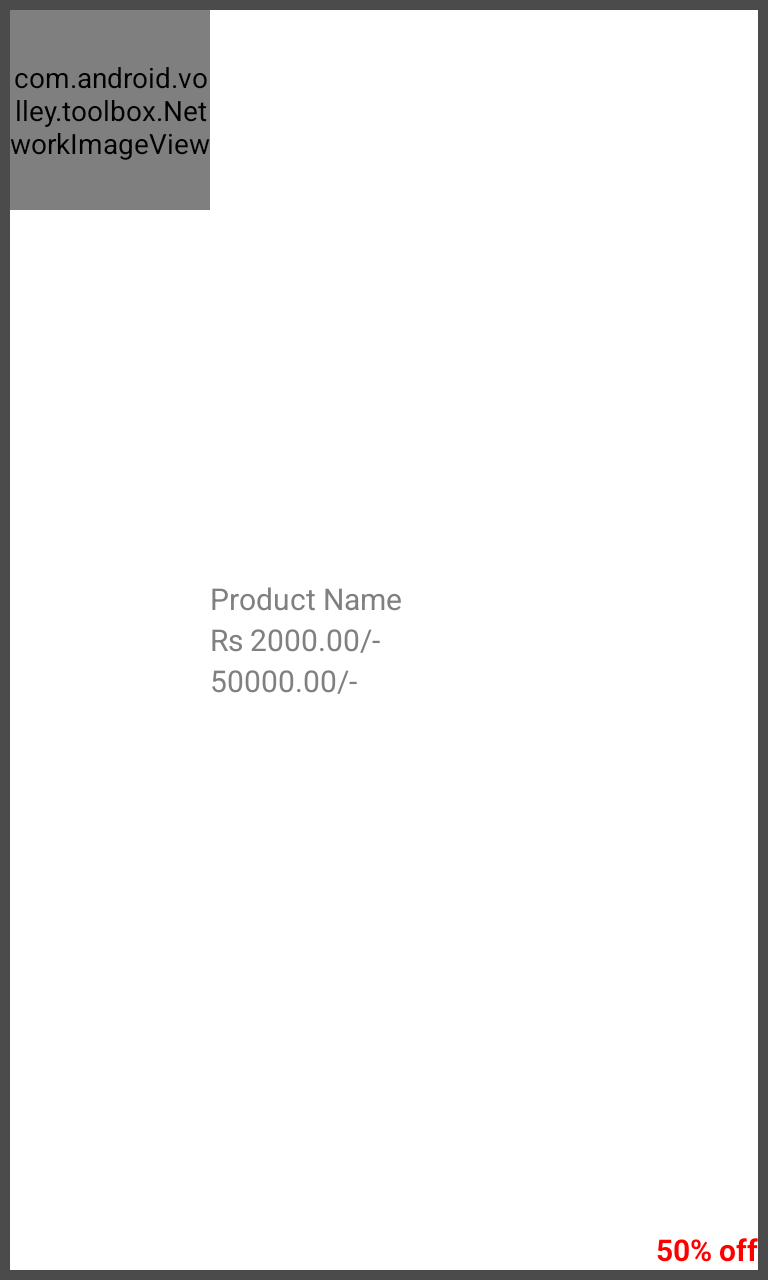
Repository: thisisdemo333/BigDiscount
Layout: BigDiscounts/res/layout/view_lv_search_list.xml
The author's editor kept a copy of each file at every save. The layout is drawn from the files as they stood at one save, then again after the next save.
Pictures or frames that could not be fetched are drawn as grey boxes. It is drawn on a 768 x 1280 px phone screen (xhdpi) without system bars, with theme AppTheme; the app's code is not run.

Above is the layout before, as saved 2015-05-10 16:37:34.

### BigDiscounts/res/layout/view_lv_search_list.xml
<?xml version="1.0" encoding="utf-8"?>
<LinearLayout xmlns:android="http://schemas.android.com/apk/res/android"
    android:layout_width="match_parent"
    android:layout_height="wrap_content"
    android:background="@color/gray_dark"
    android:orientation="vertical"
    android:padding="@dimen/padding_5dp" >

    <RelativeLayout
        android:id="@+id/relativeLayout"
        android:layout_width="match_parent"
        android:layout_height="wrap_content"
        android:layout_centerVertical="true"
        android:background="@color/white" >

        <RelativeLayout
            android:id="@+id/image_loader"
            android:layout_width="wrap_content"
            android:layout_height="wrap_content" >

            <ProgressBar
                android:layout_width="wrap_content"
                android:layout_height="wrap_content"
                android:layout_centerInParent="true" />

            <com.android.volley.toolbox.NetworkImageView
                android:id="@+id/iv_product_image"
                android:layout_width="@dimen/dimen_search_item_image"
                android:layout_height="@dimen/dimen_search_item_image"
                android:layout_alignParentLeft="true"
                android:layout_alignParentTop="true"
                android:focusable="false"
                android:focusableInTouchMode="false"
                android:scaleType="fitXY" />
        </RelativeLayout>

        <LinearLayout
            android:layout_width="wrap_content"
            android:layout_height="wrap_content"
            android:layout_centerVertical="true"
            android:layout_toRightOf="@+id/image_loader"
            android:orientation="vertical" >

            <TextView
                android:id="@+id/tv_product_name"
                android:layout_width="wrap_content"
                android:layout_height="wrap_content"
                android:layout_centerVertical="true"
                android:text="Product Name"
                android:textColor="@color/gray"
                android:textSize="@dimen/medium_text_size" />

            <TextView
                android:id="@+id/tv_product_selling_prise"
                android:layout_width="wrap_content"
                android:layout_height="wrap_content"
                android:text="Rs 2000.00/-"
                android:textColor="@color/gray"
                android:textSize="@dimen/medium_text_size" />

            <TextView
                android:id="@+id/tv_product_mrp"
                android:layout_width="wrap_content"
                android:layout_height="wrap_content"
                android:text="50000.00/-"
                android:textColor="@color/gray"
                android:textSize="@dimen/medium_text_size" />
        </LinearLayout>

        <TextView
            android:id="@+id/tv_product_offer"
            android:layout_width="wrap_content"
            android:layout_height="wrap_content"
            android:layout_alignParentBottom="true"
            android:layout_alignParentRight="true"
            android:text="50% off"
            android:textColor="@color/red"
            android:textSize="@dimen/medium_text_size"
            android:textStyle="bold" />
    </RelativeLayout>

</LinearLayout>

### BigDiscounts/res/values/styles.xml
<resources xmlns:android="http://schemas.android.com/apk/res/android">

    <!--
        Base application theme, dependent on API level. This theme is replaced
        by AppBaseTheme from res/values-vXX/styles.xml on newer devices.


    -->
    <style name="AppBaseTheme" parent="android:Theme.Light">
        <!--
            Theme customizations available in newer API levels can go in
            res/values-vXX/styles.xml, while customizations related to
            backward-compatibility can go here.


        -->
    </style>

    <!-- Application theme. -->
    <style name="AppTheme" parent="AppBaseTheme">

        <!-- All customizations that are NOT specific to a particular API-level can go here. -->
        <item name="android:actionBarStyle">@style/MyActionBar</item>
    </style>

    <!-- Action bar theme. -->
    <style name="MyActionBar" parent="@android:style/Widget.Holo.Light.ActionBar">
        <item name="android:background">@color/RoyalBlue</item>
        <item name="android:titleTextStyle">@style/AppTitle</item>
    </style>

    <!-- App title theme -->
    <style name="AppTitle" parent="@android:style/TextAppearance.Holo.Widget.ActionBar.Title">
        <item name="android:textColor">@color/white</item>
    </style>

</resources>

### BigDiscounts/res/values/colors.xml
<?xml version="1.0" encoding="utf-8"?>
<resources>

    <color name="background">#135493</color>
    <color name="login_color">#d34836</color>
    <color name="actionBar">#2F8DE4</color>
    <color name="white_smoke">#F7F7F7</color>
    <color name="white">#ffffff</color>
    <color name="black">#000000</color>
    <color name="transparent">#00000000</color>
    <color name="main_color_green">#00b863</color>
    <color name="main_color_gray_dk">#3b3b3b</color>
    <color name="main_color_gray_lt">#acacac</color>
    <color name="main_color_gray">#7d7d7d</color>
    <color name="gray_light">#e8e8e8</color>
    <color name="yellow">#FFFF00</color>
    <color name="fuchsia">#FF00FF</color>
    <color name="red">#FF0000</color>
    <color name="silver">#C0C0C0</color>
    <color name="gray">#808080</color>
    <color name="olive">#808000</color>
    <color name="purple">#800080</color>
    <color name="maroon">#800000</color>
    <color name="aqua">#00FFFF</color>
    <color name="lime">#00FF00</color>
    <color name="teal">#008080</color>
    <color name="green">#008000</color>
    <color name="blue">#0000FF</color>
    <color name="navy">#000080</color>
    <color name="White">#FFFFFF</color>
    <color name="Ivory">#FFFFF0</color>
    <color name="LightYellow">#FFFFE0</color>
    <color name="Yellow">#FFFF00</color>
    <color name="Snow">#FFFAFA</color>
    <color name="FloralWhite">#FFFAF0</color>
    <color name="LemonChiffon">#FFFACD</color>
    <color name="Cornsilk">#FFF8DC</color>
    <color name="Seashell">#FFF5EE</color>
    <color name="LavenderBlush">#FFF0F5</color>
    <color name="PapayaWhip">#FFEFD5</color>
    <color name="BlanchedAlmond">#FFEBCD</color>
    <color name="MistyRose">#FFE4E1</color>
    <color name="Bisque">#FFE4C4</color>
    <color name="Moccasin">#FFE4B5</color>
    <color name="NavajoWhite">#FFDEAD</color>
    <color name="PeachPuff">#FFDAB9</color>
    <color name="Gold">#FFD700</color>
    <color name="Pink">#FFC0CB</color>
    <color name="LightPink">#FFB6C1</color>
    <color name="Orange">#FFA500</color>
    <color name="LightSalmon">#FFA07A</color>
    <color name="DarkOrange">#FF8C00</color>
    <color name="Coral">#FF7F50</color>
    <color name="HotPink">#FF69B4</color>
    <color name="Tomato">#FF6347</color>
    <color name="OrangeRed">#FF4500</color>
    <color name="DeepPink">#FF1493</color>
    <color name="Fuchsia">#FF00FF</color>
    <color name="Magenta">#FF00FF</color>
    <color name="Red">#FF0000</color>
    <color name="OldLace">#FDF5E6</color>
    <color name="LightGoldenrodYellow">#FAFAD2</color>
    <color name="Linen">#FAF0E6</color>
    <color name="AntiqueWhite">#FAEBD7</color>
    <color name="Salmon">#FA8072</color>
    <color name="GhostWhite">#F8F8FF</color>
    <color name="MintCream">#F5FFFA</color>
    <color name="WhiteSmoke">#F5F5F5</color>
    <color name="Beige">#F5F5DC</color>
    <color name="Wheat">#F5DEB3</color>
    <color name="SandyBrown">#F4A460</color>
    <color name="Azure">#F0FFFF</color>
    <color name="Honeydew">#F0FFF0</color>
    <color name="AliceBlue">#F0F8FF</color>
    <color name="Khaki">#F0E68C</color>
    <color name="LightCoral">#F08080</color>
    <color name="PaleGoldenrod">#EEE8AA</color>
    <color name="Violet">#EE82EE</color>
    <color name="DarkSalmon">#E9967A</color>
    <color name="Lavender">#E6E6FA</color>
    <color name="LightCyan">#E0FFFF</color>
    <color name="BurlyWood">#DEB887</color>
    <color name="Plum">#DDA0DD</color>
    <color name="Gainsboro">#DCDCDC</color>
    <color name="Crimson">#DC143C</color>
    <color name="PaleVioletRed">#DB7093</color>
    <color name="Goldenrod">#DAA520</color>
    <color name="Orchid">#DA70D6</color>
    <color name="Thistle">#D8BFD8</color>
    <color name="LightGrey">#D3D3D3</color>
    <color name="Tan">#D2B48C</color>
    <color name="Chocolate">#D2691E</color>
    <color name="Peru">#CD853F</color>
    <color name="IndianRed">#CD5C5C</color>
    <color name="MediumVioletRed">#C71585</color>
    <color name="Silver">#C0C0C0</color>
    <color name="DarkKhaki">#BDB76B</color>
    <color name="RosyBrown">#BC8F8F</color>
    <color name="MediumOrchid">#BA55D3</color>
    <color name="DarkGoldenrod">#B8860B</color>
    <color name="FireBrick">#B22222</color>
    <color name="PowderBlue">#B0E0E6</color>
    <color name="LightSteelBlue">#B0C4DE</color>
    <color name="PaleTurquoise">#AFEEEE</color>
    <color name="GreenYellow">#ADFF2F</color>
    <color name="LightBlue">#ADD8E6</color>
    <color name="DarkGray">#A9A9A9</color>
    <color name="Brown">#A52A2A</color>
    <color name="Sienna">#A0522D</color>
    <color name="YellowGreen">#9ACD32</color>
    <color name="DarkOrchid">#9932CC</color>
    <color name="PaleGreen">#98FB98</color>
    <color name="DarkViolet">#9400D3</color>
    <color name="MediumPurple">#9370DB</color>
    <color name="LightGreen">#90EE90</color>
    <color name="DarkSeaGreen">#8FBC8F</color>
    <color name="SaddleBrown">#8B4513</color>
    <color name="DarkMagenta">#8B008B</color>
    <color name="DarkRed">#8B0000</color>
    <color name="BlueViolet">#8A2BE2</color>
    <color name="LightSkyBlue">#87CEFA</color>
    <color name="SkyBlue">#87CEEB</color>
    <color name="Gray">#808080</color>
    <color name="Olive">#808000</color>
    <color name="Purple">#800080</color>
    <color name="Maroon">#800000</color>
    <color name="Aquamarine">#7FFFD4</color>
    <color name="Chartreuse">#7FFF00</color>
    <color name="LawnGreen">#7CFC00</color>
    <color name="MediumSlateBlue">#7B68EE</color>
    <color name="LightSlateGray">#778899</color>
    <color name="SlateGray">#708090</color>
    <color name="OliveDrab">#6B8E23</color>
    <color name="SlateBlue">#6A5ACD</color>
    <color name="DimGray">#696969</color>
    <color name="MediumAquamarine">#66CDAA</color>
    <color name="CornflowerBlue">#6495ED</color>
    <color name="CadetBlue">#5F9EA0</color>
    <color name="DarkOliveGreen">#556B2F</color>
    <color name="Indigo">#4B0082</color>
    <color name="MediumTurquoise">#48D1CC</color>
    <color name="DarkSlateBlue">#483D8B</color>
    <color name="SteelBlue">#4682B4</color>
    <color name="RoyalBlue">#4169E1</color>
    <color name="Turquoise">#40E0D0</color>
    <color name="MediumSeaGreen">#3CB371</color>
    <color name="LimeGreen">#32CD32</color>
    <color name="DarkSlateGray">#2F4F4F</color>
    <color name="SeaGreen">#2E8B57</color>
    <color name="ForestGreen">#228B22</color>
    <color name="LightSeaGreen">#20B2AA</color>
    <color name="DodgerBlue">#1E90FF</color>
    <color name="MidnightBlue">#191970</color>
    <color name="Aqua">#00FFFF</color>
    <color name="Cyan">#00FFFF</color>
    <color name="SpringGreen">#00FF7F</color>
    <color name="Lime">#00FF00</color>
    <color name="MediumSpringGreen">#00FA9A</color>
    <color name="DarkTurquoise">#00CED1</color>
    <color name="DeepSkyBlue">#00BFFF</color>
    <color name="DarkCyan">#008B8B</color>
    <color name="Teal">#008080</color>
    <color name="Green">#008000</color>
    <color name="DarkGreen">#006400</color>
    <color name="Blue">#0000FF</color>
    <color name="MediumBlue">#0000CD</color>
    <color name="DarkBlue">#00008B</color>
    <color name="Navy">#000080</color>
    <color name="Black">#000000</color>
    <color name="carrier_launcher_theme">#AE0000</color>
    <color name="career_header">#AE0000</color>
    <color name="career_background">#373737</color>
    <color name="cancel">#8A8D8B</color>
    <color name="listview_1">#70000000</color>
    <color name="theme">#C91870</color>
    <color name="application_bg">#E9E9E9</color>
    <color name="blue_light">#4074b3</color>
    <color name="gray_dark">#4b4b4b</color>
    <color name="gray_faint">#F7F7F7</color>
    <color name="blue_sky">#01AADE</color>
    <color name="blue_royal">#526DAE</color>
    <color name="Transperent_60black">#99000000</color>

</resources>

### BigDiscounts/res/values-hdpi/dimens.xml
<?xml version="1.0" encoding="utf-8"?>
<resources>

    <!-- Text Size -->
    <dimen name="very_small_text_size">8sp</dimen>
    <dimen name="sub_small_text_size">9sp</dimen>
    <dimen name="small_text_size">10sp</dimen>
    <dimen name="medium_text_size">15sp</dimen>
    <dimen name="large_text_size">25sp</dimen>
    <dimen name="very_large_text_size">35sp</dimen>

    <!-- padding -->
    <dimen name="padding_1dp">1dp</dimen>
    <dimen name="padding_2dp">2dp</dimen>
    <dimen name="padding_3dp">3dp</dimen>
    <dimen name="padding_4dp">4dp</dimen>
    <dimen name="padding_5dp">5dp</dimen>
    <dimen name="padding_6dp">6dp</dimen>
    <dimen name="padding_7dp">7dp</dimen>
    <dimen name="padding_8dp">8dp</dimen>
    <dimen name="padding_9dp">9dp</dimen>
    <dimen name="padding_10dp">10dp</dimen>
    <dimen name="padding_15dp">15dp</dimen>
    <dimen name="padding_20dp">20dp</dimen>
    <dimen name="padding_25dp">25dp</dimen>
    <dimen name="padding_30dp">30dp</dimen>
    <dimen name="padding_40dp">40dp</dimen>

    <!-- Margin -->
    <dimen name="margin_1dp">1dp</dimen>
    <dimen name="margin_2dp">2dp</dimen>
    <dimen name="margin_3dp">3dp</dimen>
    <dimen name="margin_4dp">4dp</dimen>
    <dimen name="margin_5dp">5dp</dimen>
    <dimen name="margin_6dp">6dp</dimen>
    <dimen name="margin_7dp">7dp</dimen>
    <dimen name="margin_8dp">8dp</dimen>
    <dimen name="margin_9dp">9dp</dimen>
    <dimen name="margin_10dp">10dp</dimen>
    <dimen name="margin_15dp">15dp</dimen>
    <dimen name="margin_20dp">20dp</dimen>
    <dimen name="margin_25dp">25dp</dimen>
    <dimen name="margin_30dp">30dp</dimen>

    <!-- Imageview Category Dimen -->
    <dimen name="imv_category_dimen">40dp</dimen>

    <!-- Category Fragment dimen -->
    <dimen name="dimen_hotdeals_listview">165dp</dimen>
    <dimen name="dimen_view_pager">165dp</dimen>
    <dimen name="dimen_hot_deals_image">165dp</dimen>
    <dimen name="dimen_product_image">165dp</dimen>

    <!-- Search Item Image dimen -->
    <dimen name="dimen_search_item_image">100dp</dimen>

    <!-- Advertise Screen Dimen -->
    <dimen name="dimen_advetise_viewpager">200dp</dimen>
    <dimen name="dimen_advertise_horizontal_listview">100dp</dimen>
    <dimen name="dimen_advertise_call_image">40dp</dimen>
    <dimen name="dimen_advertise_sms_image">40dp</dimen>
    <dimen name="dimen_advertise_pager_addres">100dp</dimen>

</resources>

### BigDiscounts/res/values-mdpi/dimens.xml
<?xml version="1.0" encoding="utf-8"?>
<resources>

    <!-- Text Size -->
    <dimen name="very_small_text_size">8sp</dimen>
    <dimen name="sub_small_text_size">9sp</dimen>
    <dimen name="small_text_size">10sp</dimen>
    <dimen name="medium_text_size">15sp</dimen>
    <dimen name="large_text_size">25sp</dimen>
    <dimen name="very_large_text_size">35sp</dimen>

    <!-- padding -->
    <dimen name="padding_1dp">1dp</dimen>
    <dimen name="padding_2dp">2dp</dimen>
    <dimen name="padding_3dp">3dp</dimen>
    <dimen name="padding_4dp">4dp</dimen>
    <dimen name="padding_5dp">5dp</dimen>
    <dimen name="padding_6dp">6dp</dimen>
    <dimen name="padding_7dp">7dp</dimen>
    <dimen name="padding_8dp">8dp</dimen>
    <dimen name="padding_9dp">9dp</dimen>
    <dimen name="padding_10dp">10dp</dimen>
    <dimen name="padding_15dp">15dp</dimen>
    <dimen name="padding_20dp">20dp</dimen>
    <dimen name="padding_25dp">25dp</dimen>
    <dimen name="padding_30dp">30dp</dimen>
    <dimen name="padding_40dp">40dp</dimen>

    <!-- Margin -->
    <dimen name="margin_1dp">1dp</dimen>
    <dimen name="margin_2dp">2dp</dimen>
    <dimen name="margin_3dp">3dp</dimen>
    <dimen name="margin_4dp">4dp</dimen>
    <dimen name="margin_5dp">5dp</dimen>
    <dimen name="margin_6dp">6dp</dimen>
    <dimen name="margin_7dp">7dp</dimen>
    <dimen name="margin_8dp">8dp</dimen>
    <dimen name="margin_9dp">9dp</dimen>
    <dimen name="margin_10dp">10dp</dimen>
    <dimen name="margin_15dp">15dp</dimen>
    <dimen name="margin_20dp">20dp</dimen>
    <dimen name="margin_25dp">25dp</dimen>
    <dimen name="margin_30dp">30dp</dimen>

    <!-- Imageview Category Dimen -->
    <dimen name="imv_category_dimen">35dp</dimen>

    <!-- Category Fragment dimen -->
    <dimen name="dimen_hotdeals_listview">150dp</dimen>
    <dimen name="dimen_view_pager">150dp</dimen>
    <dimen name="dimen_hot_deals_image">150dp</dimen>
    <dimen name="dimen_product_image">150dp</dimen>

    <!-- Search Item Image dimen -->
    <dimen name="dimen_search_item_image">100dp</dimen>

    <!-- Advertise Screen Dimen -->
    <dimen name="dimen_advetise_viewpager">200dp</dimen>
    <dimen name="dimen_advertise_horizontal_listview">100dp</dimen>
    <dimen name="dimen_advertise_call_image">40dp</dimen>
    <dimen name="dimen_advertise_sms_image">40dp</dimen>
    <dimen name="dimen_advertise_pager_addres">100dp</dimen>

</resources>

### BigDiscounts/res/values-xhdpi/dimens.xml
<?xml version="1.0" encoding="utf-8"?>
<resources>

    <!-- Text Size -->
    <dimen name="very_small_text_size">8sp</dimen>
    <dimen name="sub_small_text_size">9sp</dimen>
    <dimen name="small_text_size">10sp</dimen>
    <dimen name="medium_text_size">15sp</dimen>
    <dimen name="large_text_size">25sp</dimen>
    <dimen name="very_large_text_size">35sp</dimen>

    <!-- padding -->
    <dimen name="padding_1dp">1dp</dimen>
    <dimen name="padding_2dp">2dp</dimen>
    <dimen name="padding_3dp">3dp</dimen>
    <dimen name="padding_4dp">4dp</dimen>
    <dimen name="padding_5dp">5dp</dimen>
    <dimen name="padding_6dp">6dp</dimen>
    <dimen name="padding_7dp">7dp</dimen>
    <dimen name="padding_8dp">8dp</dimen>
    <dimen name="padding_9dp">9dp</dimen>
    <dimen name="padding_10dp">10dp</dimen>
    <dimen name="padding_15dp">15dp</dimen>
    <dimen name="padding_20dp">20dp</dimen>
    <dimen name="padding_25dp">25dp</dimen>
    <dimen name="padding_30dp">30dp</dimen>
    <dimen name="padding_40dp">40dp</dimen>

    <!-- Margin -->
    <dimen name="margin_1dp">1dp</dimen>
    <dimen name="margin_2dp">2dp</dimen>
    <dimen name="margin_3dp">3dp</dimen>
    <dimen name="margin_4dp">4dp</dimen>
    <dimen name="margin_5dp">5dp</dimen>
    <dimen name="margin_6dp">6dp</dimen>
    <dimen name="margin_7dp">7dp</dimen>
    <dimen name="margin_8dp">8dp</dimen>
    <dimen name="margin_9dp">9dp</dimen>
    <dimen name="margin_10dp">10dp</dimen>
    <dimen name="margin_15dp">15dp</dimen>
    <dimen name="margin_20dp">20dp</dimen>
    <dimen name="margin_25dp">25dp</dimen>
    <dimen name="margin_30dp">30dp</dimen>

    <!-- Imageview Category Dimen -->
    <dimen name="imv_category_dimen">45dp</dimen>

    <!-- Category Fragment dimen -->
    <dimen name="dimen_hotdeals_listview">165dp</dimen>
    <dimen name="dimen_view_pager">165dp</dimen>
    <dimen name="dimen_hot_deals_image">165dp</dimen>
    <dimen name="dimen_product_image">165dp</dimen>


    <!-- Search Item Image dimen -->
    <dimen name="dimen_search_item_image">100dp</dimen>

    <!-- Advertise Screen Dimen -->
    <dimen name="dimen_advetise_viewpager">200dp</dimen>
    <dimen name="dimen_advertise_horizontal_listview">100dp</dimen>
    <dimen name="dimen_advertise_call_image">40dp</dimen>
    <dimen name="dimen_advertise_sms_image">40dp</dimen>
    <dimen name="dimen_advertise_pager_addres">100dp</dimen>

</resources>

Loaded but not shown: BigDiscounts/res/values-v11/styles.xml (common file); BigDiscounts/res/values-v14/styles.xml (common file)

After the next save:
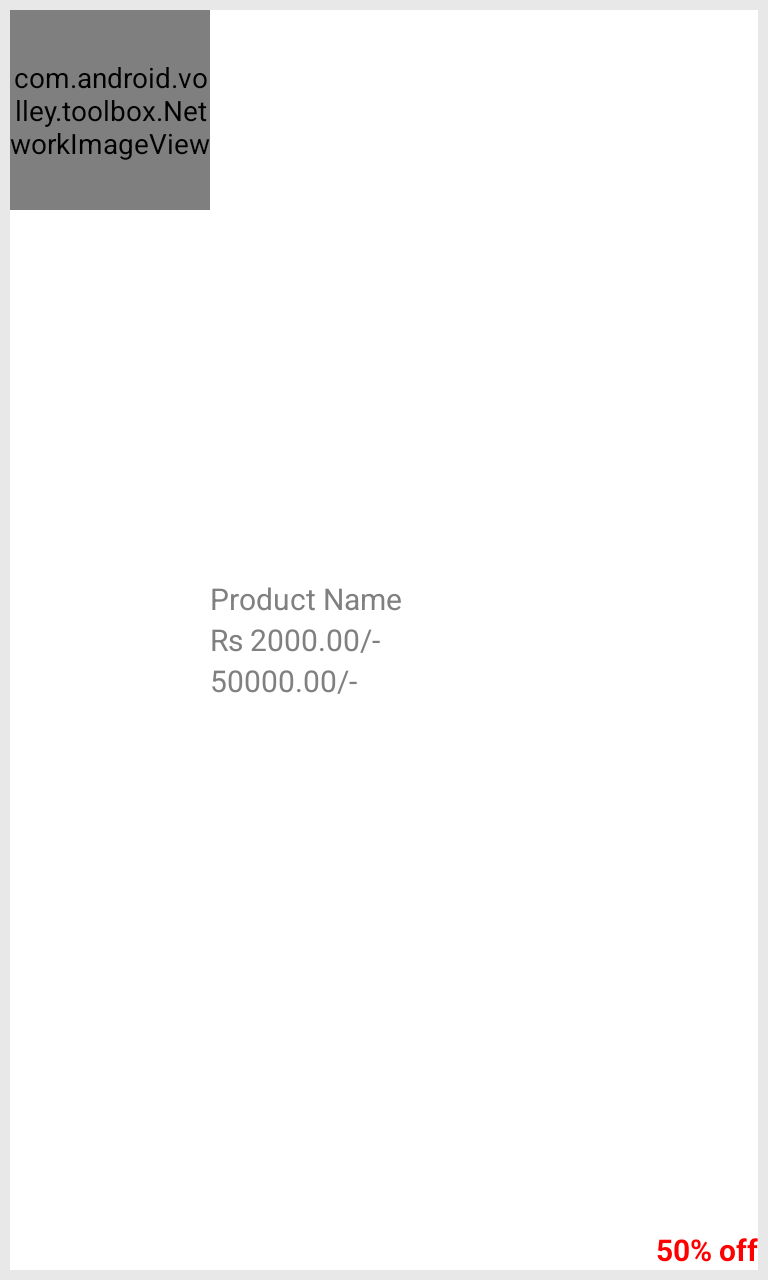
Saved 10 s later.
--- a/BigDiscounts/res/layout/view_lv_search_list.xml
+++ b/BigDiscounts/res/layout/view_lv_search_list.xml
@@ -2,7 +2,7 @@
 <LinearLayout xmlns:android="http://schemas.android.com/apk/res/android"
     android:layout_width="match_parent"
     android:layout_height="wrap_content"
-    android:background="@color/gray_dark"
+    android:background="@color/gray_light"
     android:orientation="vertical"
     android:padding="@dimen/padding_5dp" >
 
